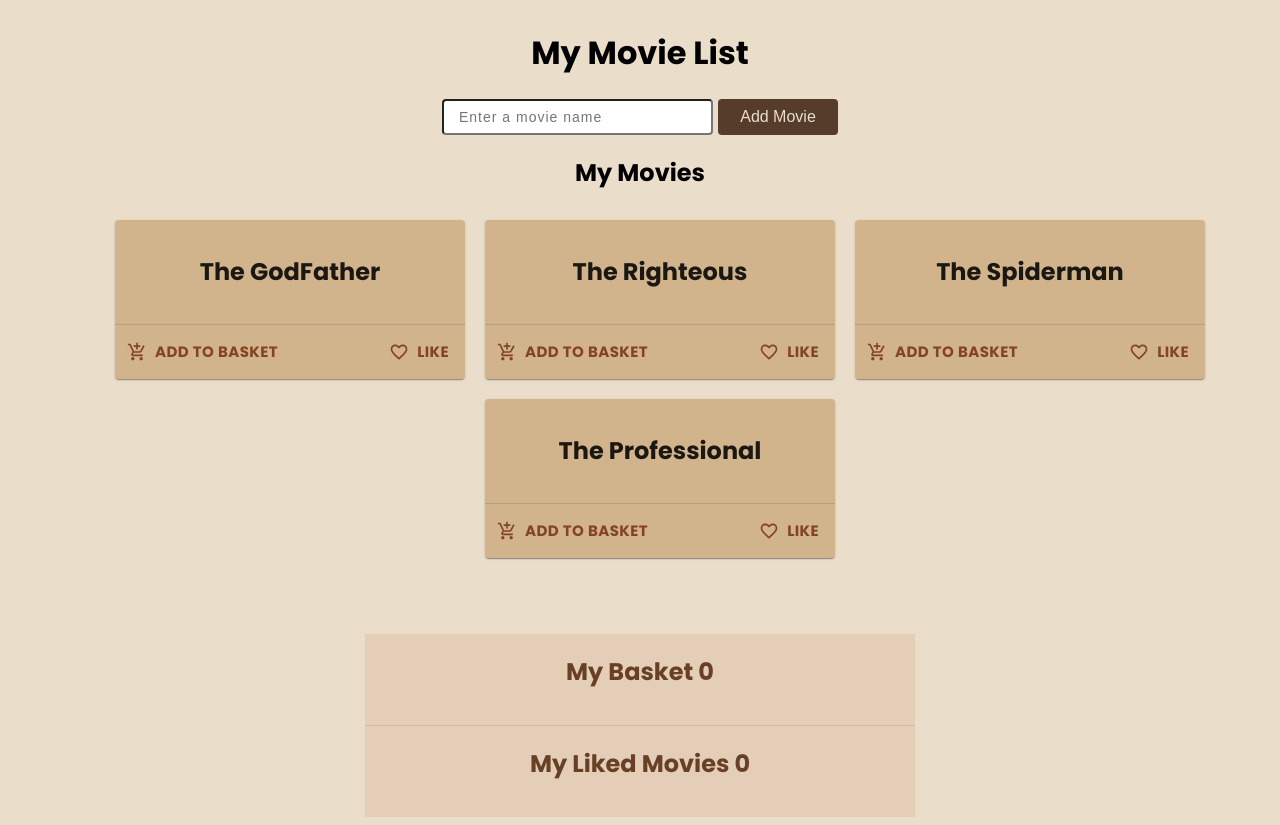
Repository: sinchana-p-iVoyant/redux-movie-store
Page: /
These files come from the project's save history. The page is drawn as it stood at one moment and after the next save; the edit follows.
The browser window is 1280 px wide. The pictures show the whole page.
The project was rebuilt for these pictures with package versions that can differ from the ones it lists, and the page was loaded fresh each time. Also part of the build but not shown: vite.config.ts.

Above is the page before, as saved 2024-02-15 13:29:47.

After the next save:
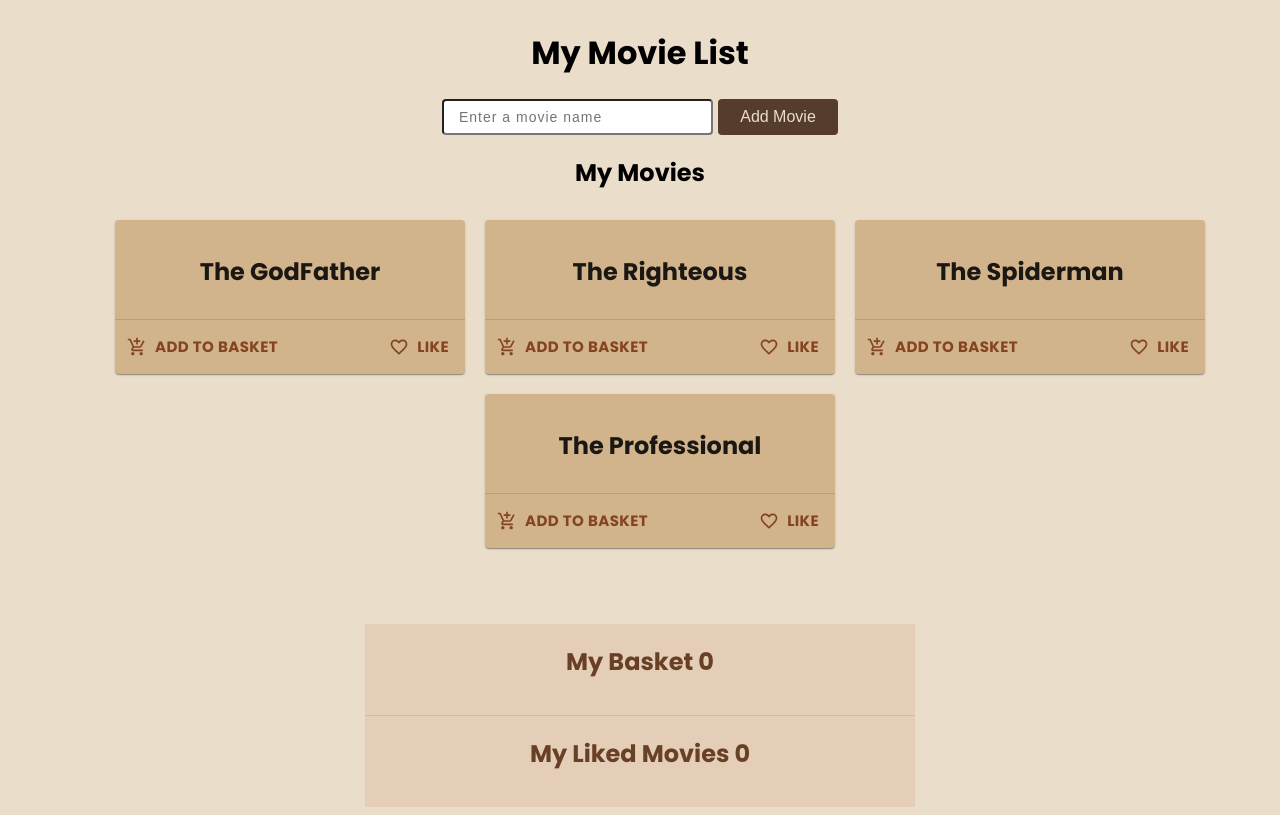
Saved 11 s later.
--- a/src/App.css
+++ b/src/App.css
@@ -33,7 +33,7 @@ h1, h2{
 }
 
 .card-actions {
-  margin-top: 20px;
+  margin-top: 15px;
   border-top: 1px solid rgba(0, 0, 0, 0.119);
   display: flex;
   justify-content: space-between;
